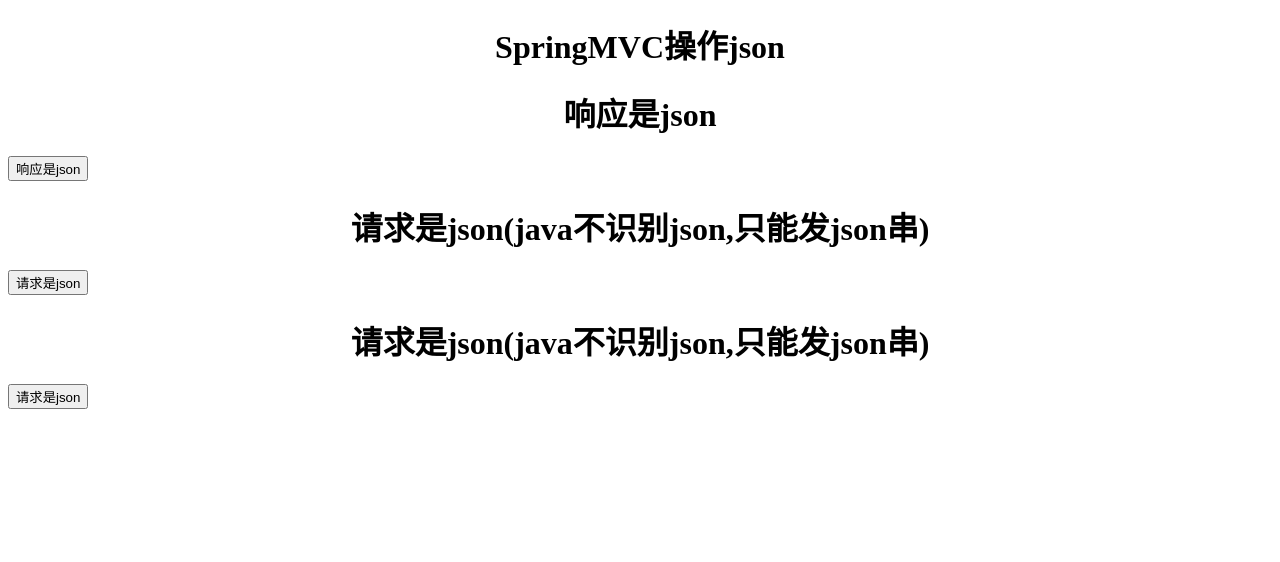
Repository: byuan98/study
Page: http://localhost/day097web/jsps/index3.jsp
An editor plug-in stored every save of this project. The page is shown before and after the next save, followed by the edit.
The browser window is 1280 px wide. The pictures show the whole page.
The page is served by Tomcat 9.

Above is the page before, as saved 2021-04-24 12:51:16.

After the next save:
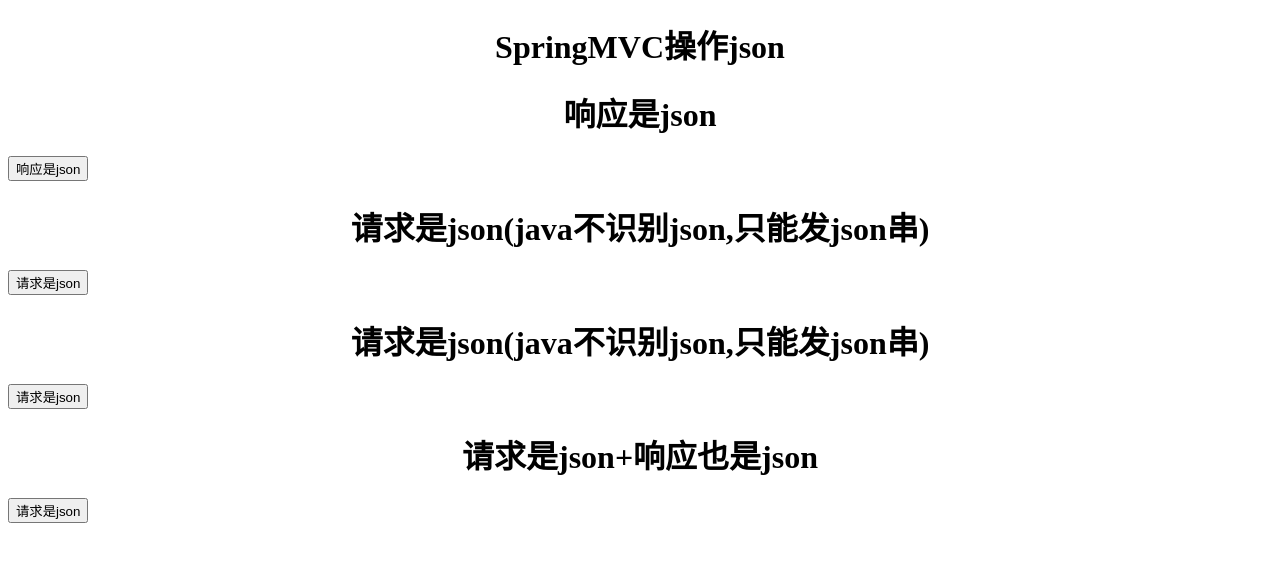
Saved 2 min 13 s later.
--- a/day097web/WebContent/jsps/index3.jsp
+++ b/day097web/WebContent/jsps/index3.jsp
@@ -74,5 +74,29 @@
             });
         });
     </script>
+
+    <h1 align="center">请求是json+响应也是json</h1>
+    <input type="button" value="请求是json" id="but_requestJson3"/>
+    <script type="text/javascript">
+        $(function(){
+            $("#but_requestJson3").bind("click",function(){
+                //响应是json
+                var dataJson='{"stuname":"Tom","stuscore":79.5}'; /*这里注意一定要是单引号包裹*/
+                $.ajax({
+                    url:"<core:url value='/test2/method4.action'/>", /*请求的url*/
+                    success:function(data){
+                        alert(data);
+                        alert(data.stuname+"::"+data.stuscore);
+                    },
+                    type:"POST",/*请求的方式*/
+                    dataType:"text",/*请求期待的响应数据类型*/
+                    contentType:"application/json;charset=utf-8",/*请求参数是json:必须设置请求头contentType*/
+                    data:dataJson,/*请求的参数*/
+                    async:true,/*是否异步true*/
+                    cache:false/*是否使用缓存,默认false*/
+                });
+            });
+        });
+    </script>
 </body>
 </html>
